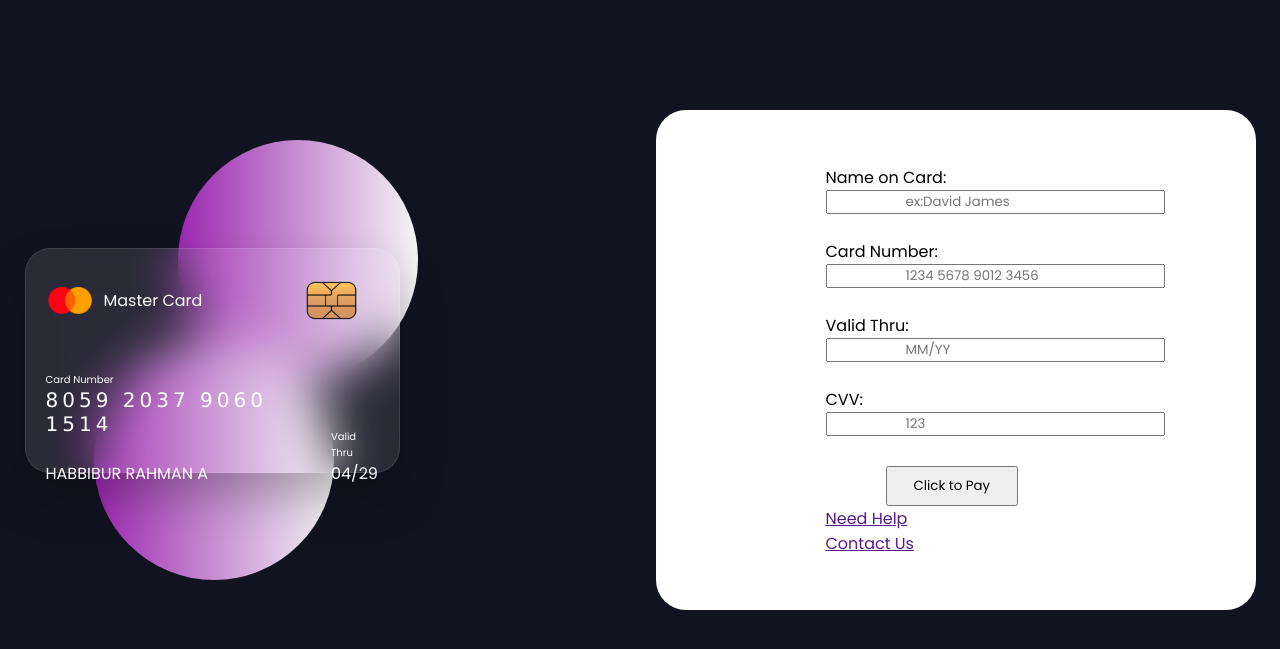
Repository: Habeebur1493/-002-Prompt
Page: index.html
The author's editor kept a copy of each file at every save. The page is drawn from the files as they stood at one save, then again after a run of saves.
The browser window is 1280 px wide. The pictures show the whole page.

Above is the page before, as saved 2024-09-11 01:31:13.

After the next 2 saves:
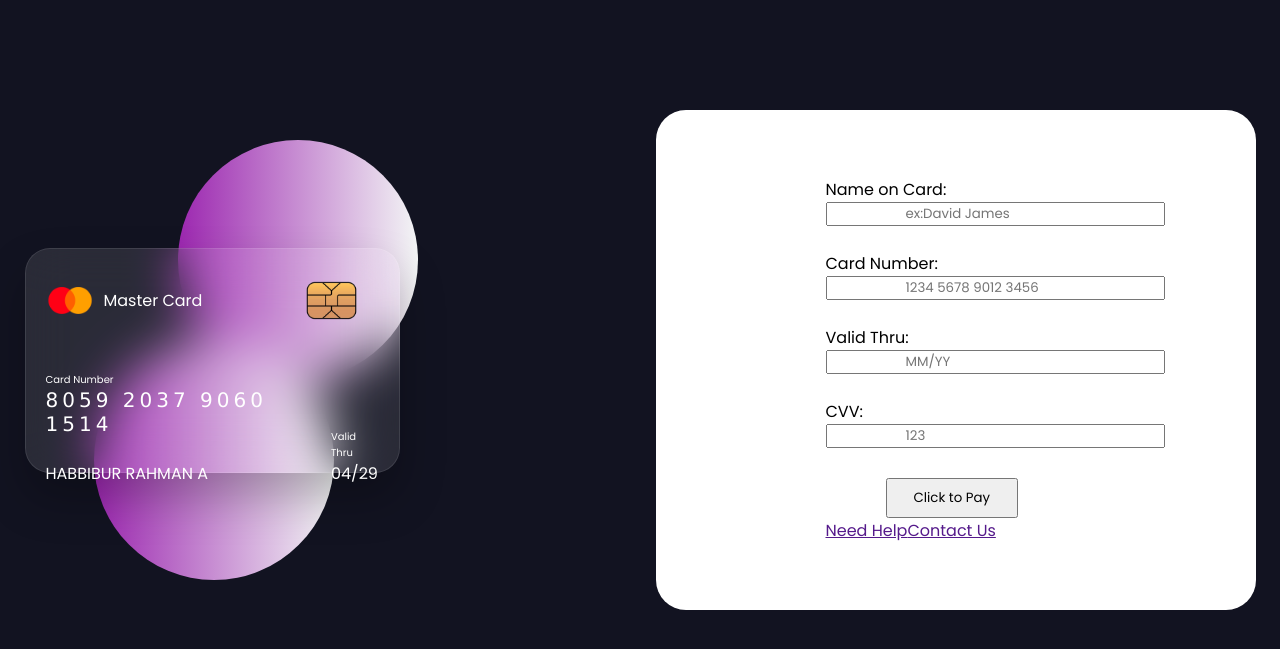
The 2 saves are shown as one change because they came seconds apart.
The last was saved 6 s later.
--- a/index.html
+++ b/index.html
@@ -59,8 +59,10 @@
                 <input type="number" id="cvv" placeholder="123" required>
                 <br>
                 <button>Click to Pay</button>
-                <div class="data"></div>
-                <a href="">Need Help</a><a href="">Contact Us</a>
+                <div class="data">
+                    <a href="">Need Help</a><a href="">Contact Us</a>
+                </div>
+
 
             </form>
 
